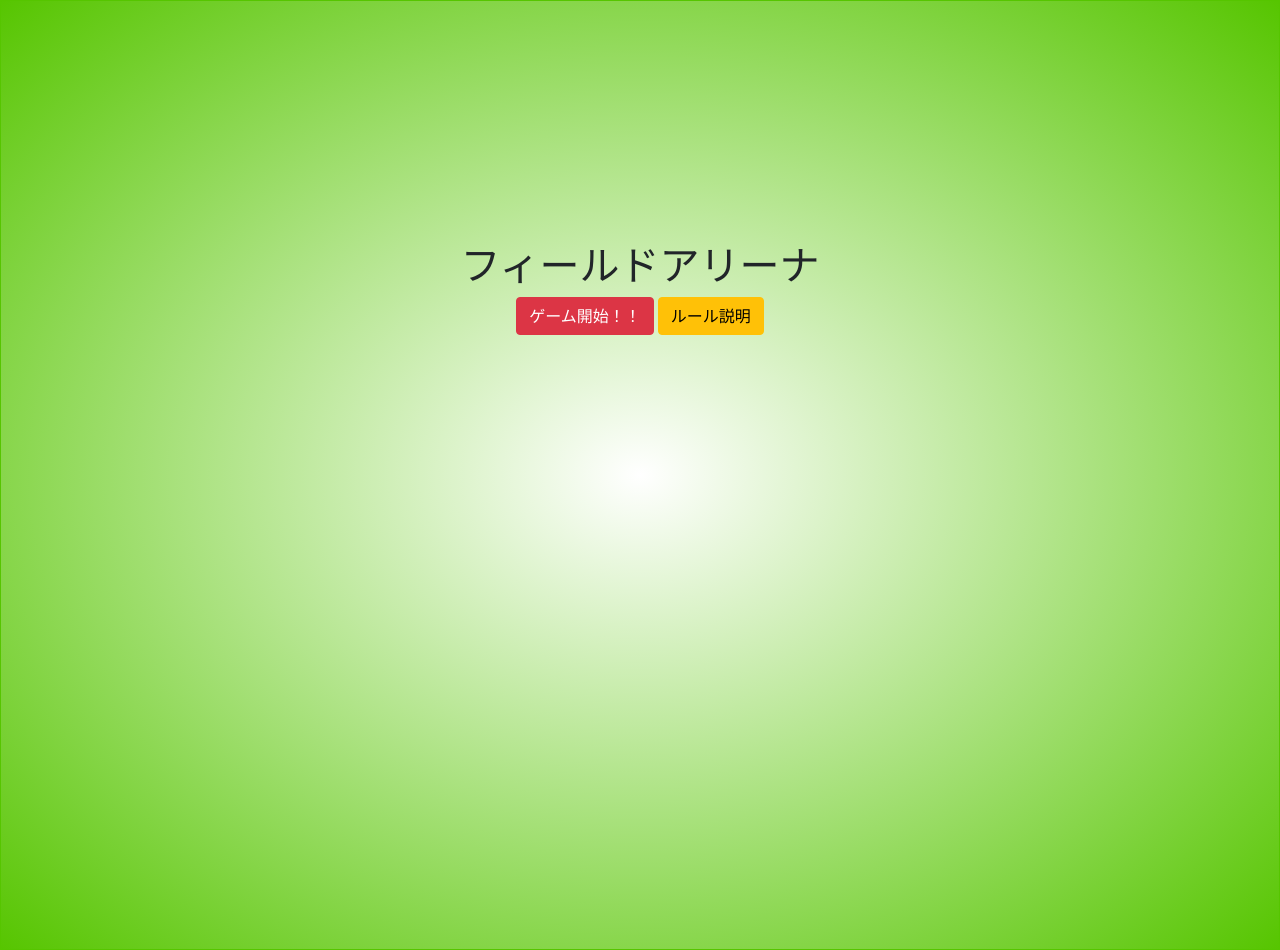
Repository: e1b21074/field_arena
Page: .log/field_arena/src/main/resources/static/index.html
An editor plug-in stored every save of this project. The page is shown before and after a run of saves, followed by the edit.
The browser window is 1280 px wide. The pictures show the whole page.

Above is the page before, as saved 2024-01-09 14:55:31.

After the next 5 saves:
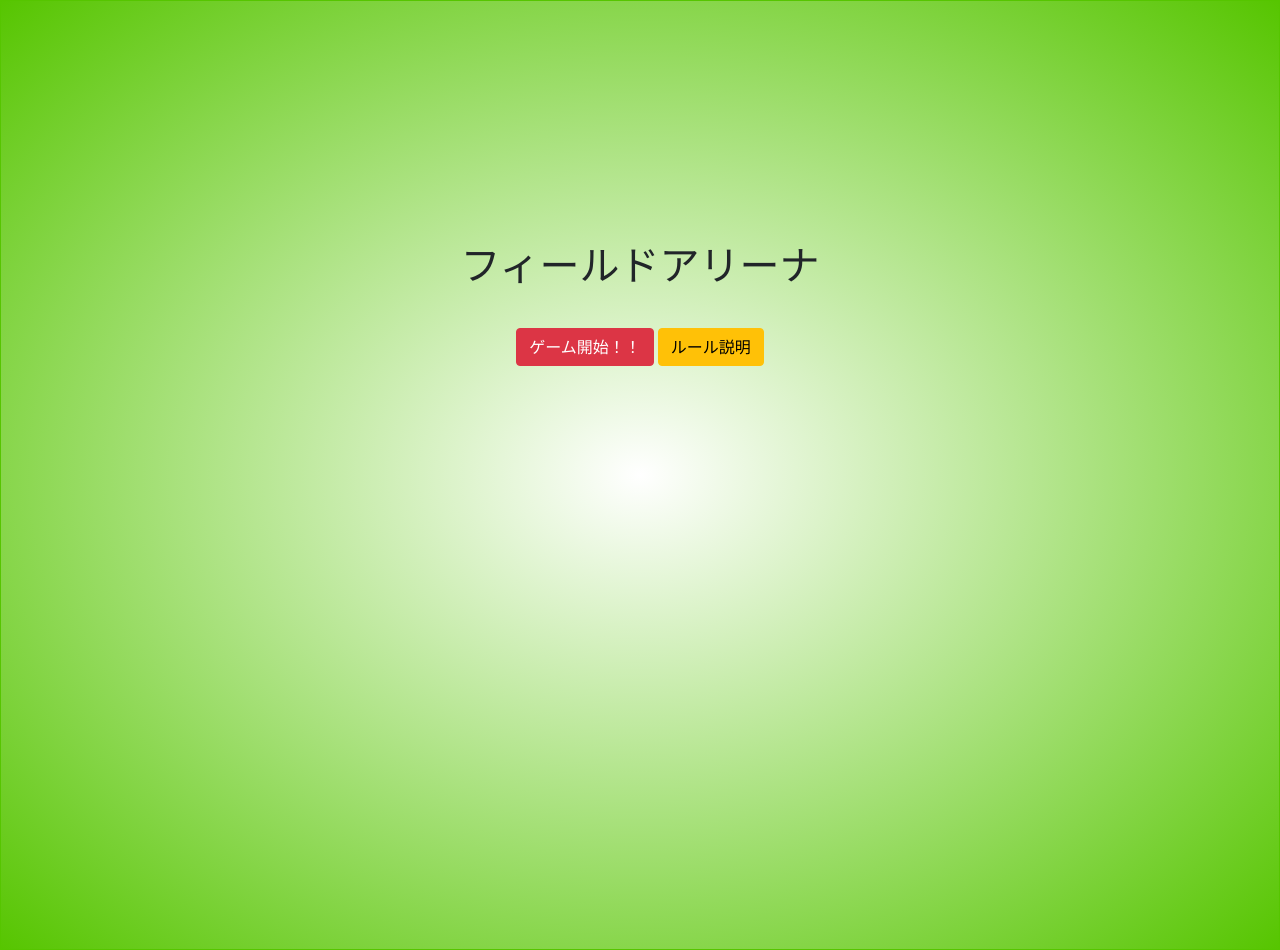
The 5 saves are shown as one change because they came seconds apart.
The last was saved 14 s later.
--- a/.log/field_arena/src/main/resources/static/index.html
+++ b/.log/field_arena/src/main/resources/static/index.html
@@ -23,8 +23,9 @@
   <center>
     <div style="text-align: center;">
       <br><br><br><br><br><br><br><br><br><br>
-      <font size="7"></font>
+      <font size="7">
       <h1>フィールドアリーナ</h1>
+      </font>
       <button type="button" class="btn btn-danger" onclick="location.href='/gamearea'">ゲーム開始！！</button>
       <button type="button" class="btn btn-warning" onclick="location.href='/rule'">ルール説明</button>
     </div>
